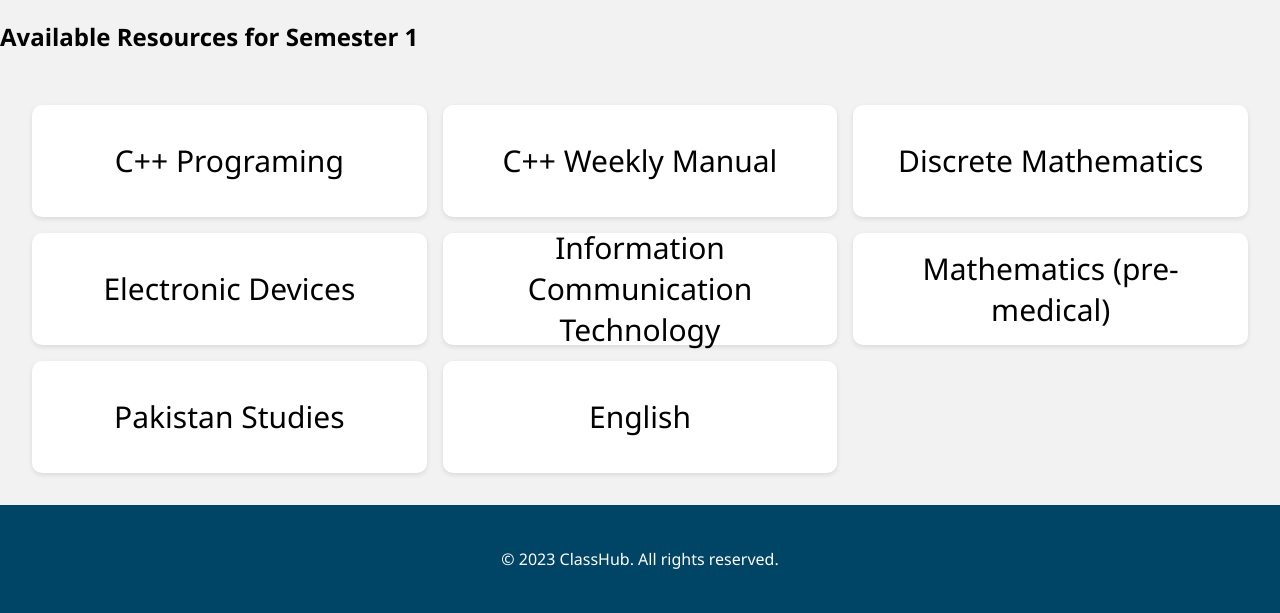
Repository: MariamSawera/eduNova
Page: semester1.html
An editor plug-in stored every save of this project. The page is shown before and after the next save, followed by the edit.
The browser window is 1280 px wide. The pictures show the part of the page from y = 294 to 907 px (the page is 907 px tall before and 903 px after).

Above is the page before, as saved 2025-07-21 21:27:26.

After the next save:
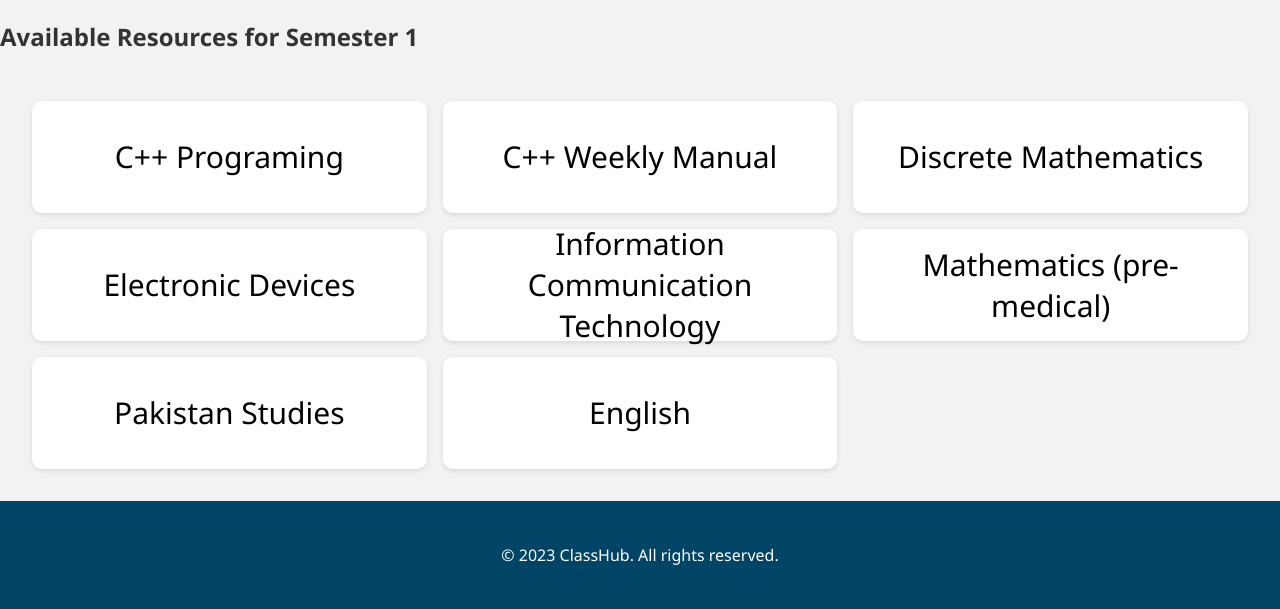
Saved 14 s later.
--- a/styles.css
+++ b/styles.css
@@ -108,3 +108,8 @@
       color: white;
       height: 15vh;
     }
+
+    h2{
+      color: #333;
+      margin-bottom: 1rem;
+    }
